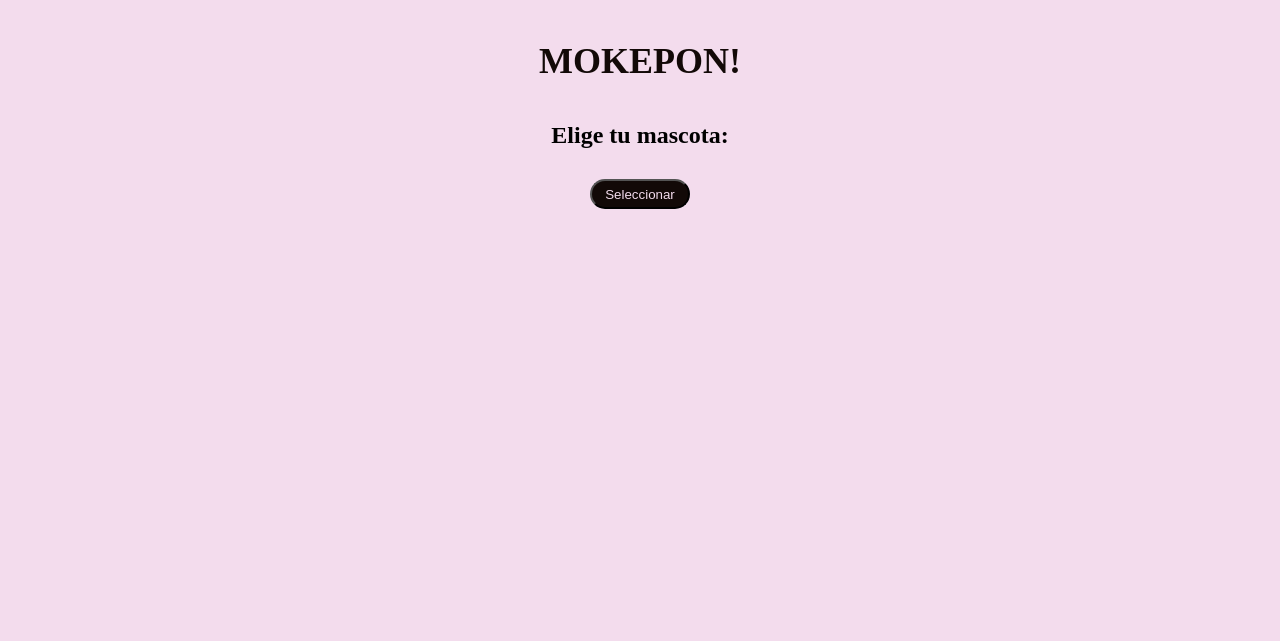
Repository: elto82/juegoMokepon
Page: mokepon/mokepon.html
The author's editor kept a copy of each file at every save. The page is drawn from the files as they stood at one save, then again after the next save.
The browser window is 1280 px wide. The pictures show the whole page.

Above is the page before, as saved 2022-08-15 17:03:41.

After the next save:
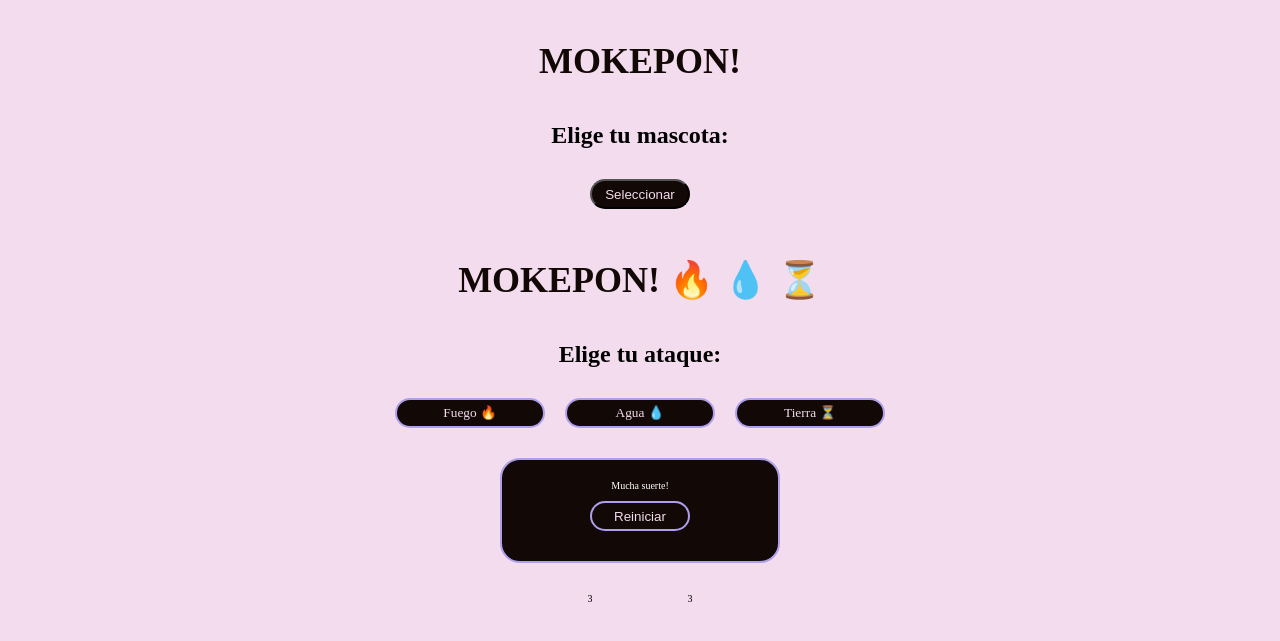
Console error: SyntaxError: Unexpected token '-'
Saved 41 s later.
--- a/mokepon/js/mokepon.js
+++ b/mokepon/js/mokepon.js
@@ -31,6 +31,7 @@
 let mokepones = [];
 let ataqueJugador;
 let opcionDeMokepones;
+let contenedor-tarjetas;
 let ataqueEnemigo;
 let vidasJugador = 3;
 let vidasEnemigo = 3;

After the 2 saves that followed:
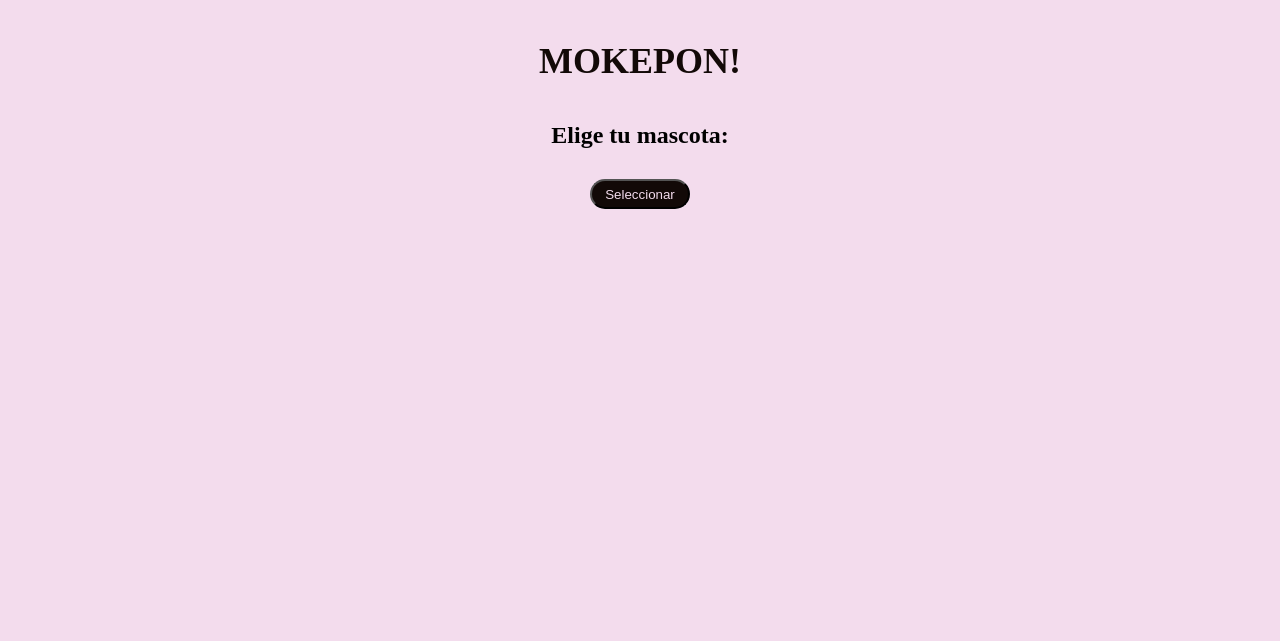
The error is gone.
The 2 saves are shown as one change because 1 left the picture as it was.
The last was saved 36 s later.
--- a/mokepon/mokepon.html
+++ b/mokepon/mokepon.html
@@ -15,7 +15,7 @@
 
     <h2 class="subtitulo">Elige tu mascota:</h2>
 
-    <div id="contenedor-tarjetas" class="tarjeta">
+    <div id="contenedorTarjetas" class="tarjeta">
       <!-- <input type="radio" name="mascota" id="hipodoge">
       <label class="tarjeta-mokepon" for="hipodoge">
         <p>Hipodoge</p>
--- a/mokepon/js/mokepon.js
+++ b/mokepon/js/mokepon.js
@@ -31,7 +31,7 @@
 let mokepones = [];
 let ataqueJugador;
 let opcionDeMokepones;
-let contenedor-tarjetas;
+let contenedorTarjetas;
 let ataqueEnemigo;
 let vidasJugador = 3;
 let vidasEnemigo = 3;
